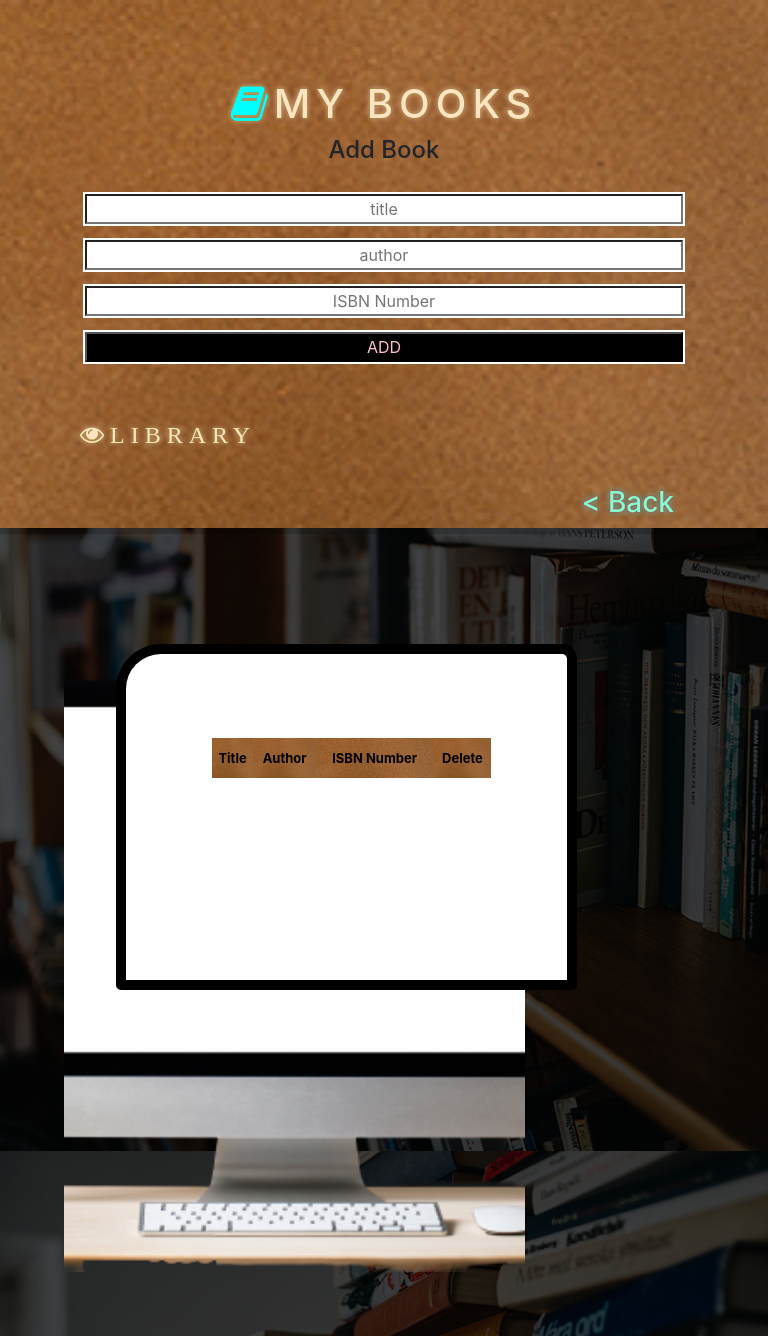
Repository: CSituma/Home-Library-App
Page: libu.html
These files come from the project's save history. The page is drawn as it stood at one moment and after the next save; the edit follows.
The browser window is 768 px wide. The pictures show the whole page.
Backgrounds fixed to the window are drawn as part of the page. Some web libraries are served in a nearby version.

Above is the page before, as saved 2020-11-10 21:59:07.

After the next save:
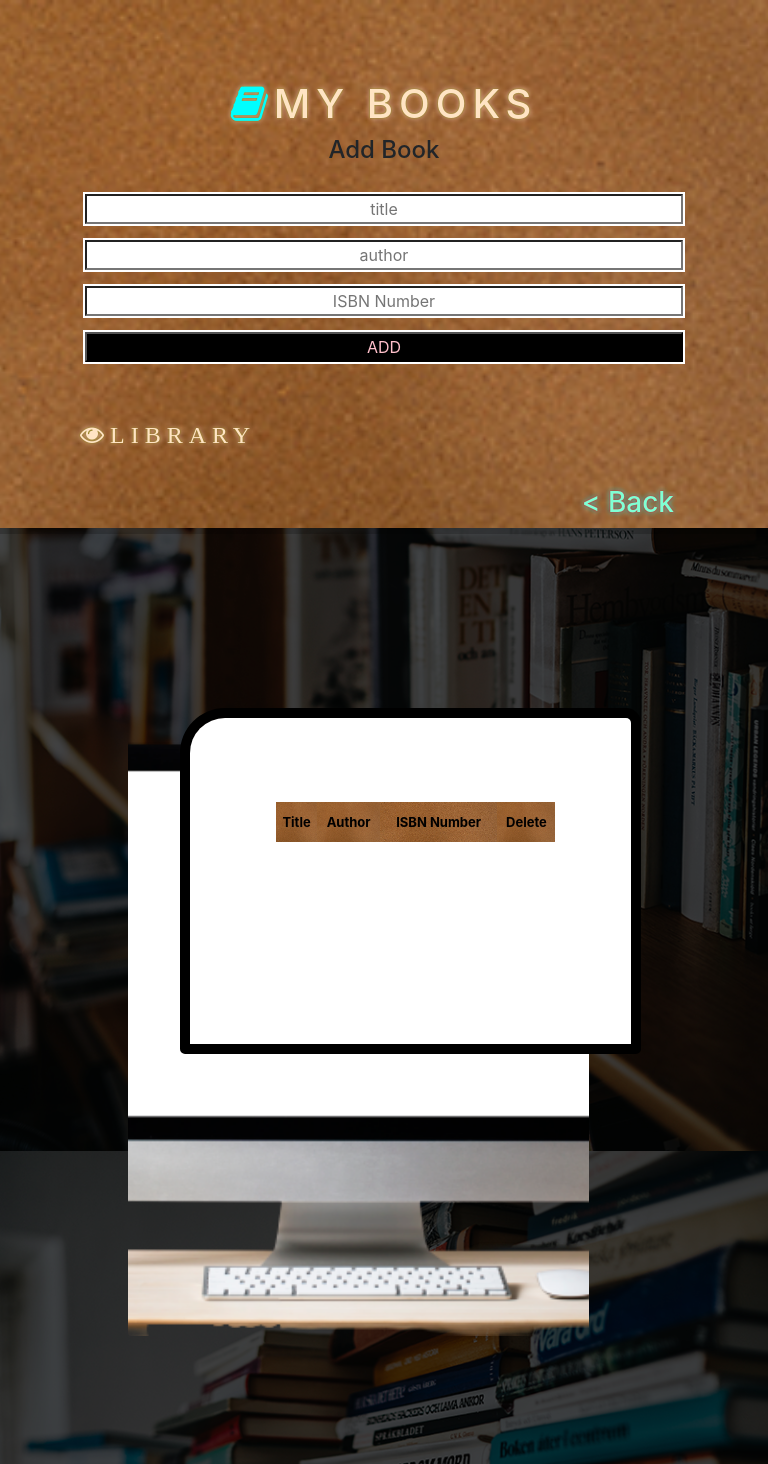
Saved 16 s later.
--- a/style.css
+++ b/style.css
@@ -225,7 +225,7 @@
  {
    .storage{
         max-width:100% ;
-        margin: 4em;
+        margin: 8em;
    }
   .storage_items{
     margin:4em;

After the save that followed:
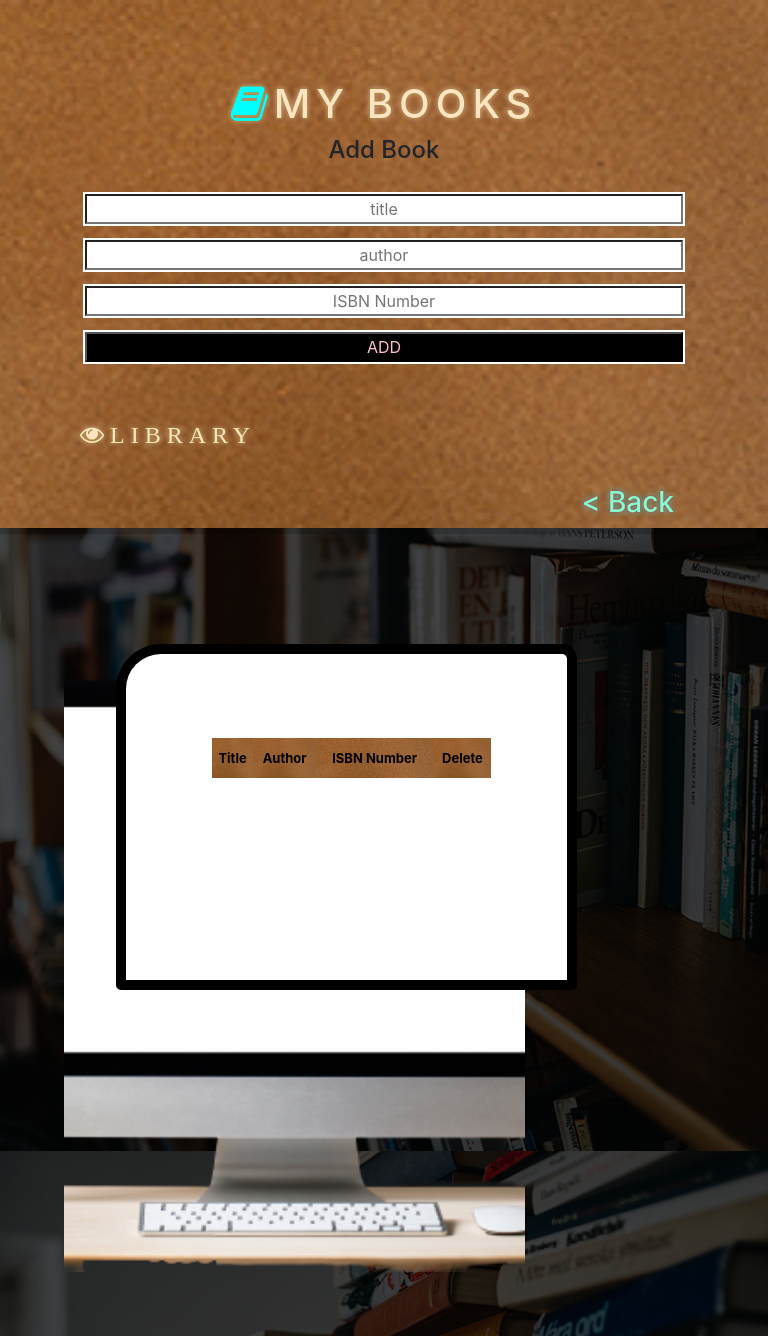
Saved 15 s later.
--- a/style.css
+++ b/style.css
@@ -225,7 +225,7 @@
  {
    .storage{
         max-width:100% ;
-        margin: 8em;
+        margin: 4em;
    }
   .storage_items{
     margin:4em;
